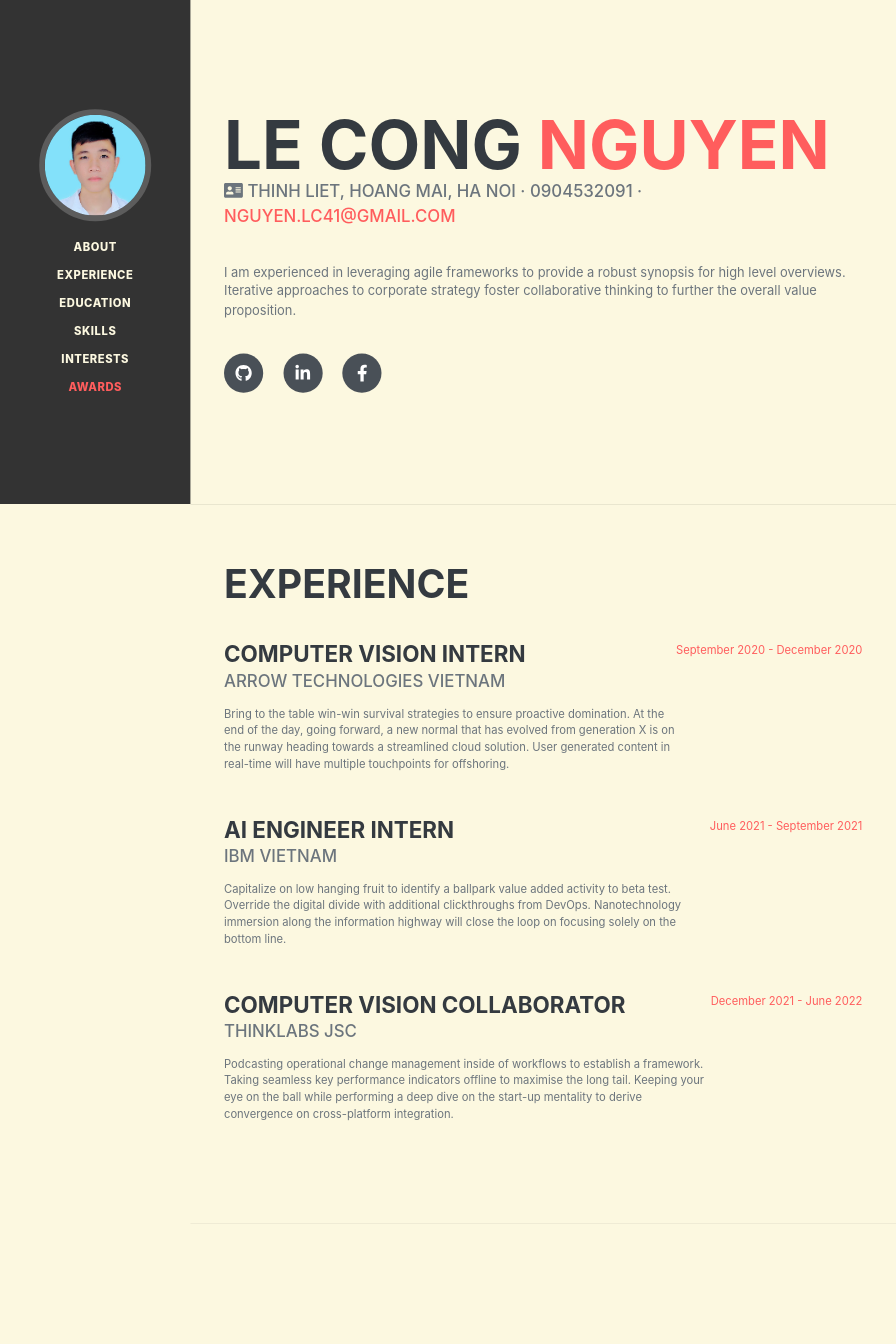
Repository: nguyenlcc/Online-CV
Page: index.html
An editor plug-in stored every save of this project. The page is shown before and after the next save, followed by the edit.
The browser window is 1280 px wide. The pictures show the part of the page from y = 0 to 1920 px (the page is 4631 px tall), at 70% of full size.
Some web fonts or font styles are not loaded; a fallback is used. Some web libraries are served in a nearby version.

Above is the page before, as saved 2022-05-23 01:33:24.

### index.html
<!DOCTYPE html>
<html lang="en">
  <head>
    <meta charset="utf-8" />
    <meta
      name="viewport"
      content="width=device-width, initial-scale=1, shrink-to-fit=no"
    />
    <meta name="description" content="" />
    <meta name="author" content="" />
    <title>Le Cong Nguyen</title>
    <link rel="icon" type="image/x-icon" href="assets/img/favicon.ico" />
    <!-- Font Awesome icons (free version)-->
    <script
      src="https://use.fontawesome.com/releases/v5.13.0/js/all.js"
      crossorigin="anonymous"
    ></script>
    <!-- Google fonts-->
    <link
      href="https://fonts.googleapis.com/css?family=Saira+Extra+Condensed:500,700"
      rel="stylesheet"
      type="text/css"
    />
    <link
      href="https://fonts.googleapis.com/css?family=Muli:400,400i,800,800i"
      rel="stylesheet"
      type="text/css"
    />
    <!-- Core theme CSS (includes Bootstrap)-->
    <link href="css/styles.css" rel="stylesheet" />
  </head>
  <body id="page-top">
    <!-- Navigation-->
    <nav
      class="navbar navbar-expand-lg navbar-dark bg-primary fixed-top"
      id="sideNav"
    >
      <a class="navbar-brand js-scroll-trigger" href="#page-top">
        <span class="d-block d-lg-none">LE CONG NGUYEN</span>
        <span class="d-none d-lg-block"
          ><img
            class="img-fluid img-profile rounded-circle mx-auto mb-2"
            src="assets/img/profile.jpg"
            alt=""
        /></span>
      </a>
      <button
        class="navbar-toggler"
        type="button"
        data-toggle="collapse"
        data-target="#navbarSupportedContent"
        aria-controls="navbarSupportedContent"
        aria-expanded="false"
        aria-label="Toggle navigation"
      >
        <span class="navbar-toggler-icon"></span>
      </button>
      <div class="collapse navbar-collapse" id="navbarSupportedContent">
        <ul class="navbar-nav">
          <li class="nav-item">
            <a class="nav-link js-scroll-trigger" href="#about">About</a>
          </li>
          <li class="nav-item">
            <a class="nav-link js-scroll-trigger" href="#experience"
              >Experience</a
            >
          </li>
          <li class="nav-item">
            <a class="nav-link js-scroll-trigger" href="#education"
              >Education</a
            >
          </li>
          <li class="nav-item">
            <a class="nav-link js-scroll-trigger" href="#skills">Skills</a>
          </li>
          <li class="nav-item">
            <a class="nav-link js-scroll-trigger" href="#interests"
              >Interests</a
            >
          </li>
          <li class="nav-item">
            <a class="nav-link js-scroll-trigger" href="#awards">Awards</a>
          </li>
        </ul>
      </div>
    </nav>
    <!-- Page Content-->
    <div class="container-fluid p-0">
      <!-- About-->
      <section class="resume-section" id="about">
        <div class="resume-section-content">
          <h1 class="mb-0">
            LE CONG
            <span class="text-primary">NGUYEN</span>
          </h1>
          <div class="subheading mb-5">
            <i class="fas fa-address-card"></i>
            THINH LIET, HOANG MAI, HA NOI · 0904532091 ·
            <a href="mailto:name@email.com">nguyen.lc41@gmail.com</a>
          </div>
          <p class="lead mb-5">
            I am experienced in leveraging agile frameworks to provide a robust
            synopsis for high level overviews. Iterative approaches to corporate
            strategy foster collaborative thinking to further the overall value
            proposition.
          </p>
          <div class="social-icons">
            <a class="social-icon" href="https://github.com/nguyenlecong"><i class="fab fa-github"></i></a>
            <a class="social-icon" href="https://www.linkedin.com/in/nguy%C3%AAn-l%C3%AA-c%C3%B4ng-0b1731233/">
              <i class="fab fa-linkedin-in"></i>
            </a>
            <a class="social-icon" href="https://www.facebook.com/nguyenlc5139/"><i class="fab fa-facebook-f"></i></a>
          </div>
        </div>
      </section>
      <hr class="m-0" />
      <!-- Experience-->
      <section class="resume-section" id="experience">
        <div class="resume-section-content">
          <h2 class="mb-5">Experience</h2>
          <div
            class="d-flex flex-column flex-md-row justify-content-between mb-5"
          >
            <div class="flex-grow-1">
              <h3 class="mb-0">Computer Vision Intern</h3>
              <div class="subheading mb-3">Arrow Technologies Vietnam</div>
              <p>
                Bring to the table win-win survival strategies to ensure
                proactive domination. At the end of the day, going forward, a
                new normal that has evolved from generation X is on the runway
                heading towards a streamlined cloud solution. User generated
                content in real-time will have multiple touchpoints for
                offshoring.
              </p>
            </div>
            <div class="flex-shrink-0">
              <span class="text-primary">September 2020 - December 2020</span>
            </div>
          </div>
          <div
            class="d-flex flex-column flex-md-row justify-content-between mb-5"
          >
            <div class="flex-grow-1">
              <h3 class="mb-0">AI Engineer Intern</h3>
              <div class="subheading mb-3">IBM Vietnam</div>
              <p>
                Capitalize on low hanging fruit to identify a ballpark value
                added activity to beta test. Override the digital divide with
                additional clickthroughs from DevOps. Nanotechnology immersion
                along the information highway will close the loop on focusing
                solely on the bottom line.
              </p>
            </div>
            <div class="flex-shrink-0">
              <span class="text-primary">June 2021 - September 2021</span>
            </div>
          </div>
          <div
            class="d-flex flex-column flex-md-row justify-content-between mb-5"
          >
            <div class="flex-grow-1">
              <h3 class="mb-0">Computer Vision Collaborator</h3>
              <div class="subheading mb-3">ThinkLABs JSC</div>
              <p>
                Podcasting operational change management inside of workflows to
                establish a framework. Taking seamless key performance
                indicators offline to maximise the long tail. Keeping your eye
                on the ball while performing a deep dive on the start-up
                mentality to derive convergence on cross-platform integration.
              </p>
            </div>
            <div class="flex-shrink-0">
              <span class="text-primary">December 2021 - June 2022</span>
            </div>
          </div>
        </div>
      </section>
      <hr class="m-0" />
      <!-- Education-->
      <section class="resume-section" id="education">
        <div class="resume-section-content">
          <h2 class="mb-5">Education</h2>
          <div
            class="d-flex flex-column flex-md-row justify-content-between mb-5"
          >
            <div class="flex-grow-1">
              <h3 class="mb-0">HANOI UNIVERSITY OF SCIENCE AND TECHNOLOGY</h3>
              <div class="subheading mb-3">
                SCHOOL OF INFORMATION AND COMMUNICATION TECHNOLOGY
              </div>
              <div>Computer Science</div>
              <p>GPA: 3.16</p>
            </div>
            <div class="flex-shrink-0">
              <span class="text-primary">August 2017 - Now</span>
            </div>
          </div>
          <!-- <div class="d-flex flex-column flex-md-row justify-content-between">
            <div class="flex-grow-1">
              <h3 class="mb-0">James Buchanan High School</h3>
              <div class="subheading mb-3">Technology Magnet Program</div>
              <p>GPA: 3.56</p>
            </div>
            <div class="flex-shrink-0">
              <span class="text-primary">August 2002 - May 2006</span>
            </div> -->
          </div>
        </div>
      </section>
      <hr class="m-0" />
      <!-- Skills-->
      <section class="resume-section" id="skills">
        <div class="resume-section-content">
          <h2 class="mb-5">Skills</h2>
          <div class="subheading mb-3">Programming Languages & Tools</div>
          <ul class="list-inline dev-icons">
            <li class="list-inline-item"><i class="fab fa-python"></i></li>
            <li class="list-inline-item"><i class="fab fa-github"></i></li>
            <li class="list-inline-item"><i class="fab fa-github"></i></li>
          </ul>
          <div class="subheading mb-3">Workflow</div>
          <ul class="fa-ul mb-0">
            <li>
              <span class="fa-li"><i class="fas fa-check"></i></span>
              Mobile-First, Responsive Design
            </li>
            <li>
              <span class="fa-li"><i class="fas fa-check"></i></span>
              Cross Browser Testing & Debugging
            </li>
          </ul>
        </div>
      </section>
      <hr class="m-0" />
      <!-- Interests-->
      <section class="resume-section" id="interests">
        <div class="resume-section-content">
          <h2 class="mb-5">Interests</h2>
          <p>
            Apart from being a web developer, I enjoy most of my time being
            outdoors. In the winter, I am an avid skier and novice ice climber.
            During the warmer months here in Colorado, I enjoy mountain biking,
            free climbing, and kayaking.
          </p>
          <p class="mb-0">
            When forced indoors, I follow a number of sci-fi and fantasy genre
            movies and television shows, I am an aspiring chef, and I spend a
            large amount of my free time exploring the latest technology
            advancements in the front-end web development world.
          </p>
        </div>
      </section>
      <hr class="m-0" />
      <!-- Awards-->
      <section class="resume-section" id="awards">
        <div class="resume-section-content">
          <h2 class="mb-5">Awards & Certifications</h2>
          <ul class="fa-ul mb-0">
            <li>
              <span class="fa-li"
                ><i class="fas fa-trophy text-warning"></i
              ></span>
              Silver Medal for Excellence in Mathematics on Casio Calculator in 12th Grade
            </li>
            <li>
              <span class="fa-li"
                ><i class="fas fa-trophy text-warning"></i
              ></span>
              Consolation Prize in the Provincial Examination for Excellent Students in Mathematics in 12th Grade
            </li>
            <li>
              <span class="fa-li"
                ><i class="fas fa-trophy text-warning"></i
              ></span>
              Level B of Scholarships for the Term 2 of the School Year 2020-2021, Hanoi University of Science and Technology
            </li>
            <li>
              <span class="fa-li"
                ><i class="fas fa-trophy text-warning"></i
              ></span>
              Level A of Scholarships for the Term 1 of the School Year 2021-2022, Hanoi University of Science and Technology
            </li>
          </ul>
        </div>
      </section>
    </div>
    <!-- Bootstrap core JS-->
    <script src="https://cdnjs.cloudflare.com/ajax/libs/jquery/3.5.1/jquery.min.js"></script>
    <script src="https://stackpath.bootstrapcdn.com/bootstrap/4.5.0/js/bootstrap.bundle.min.js"></script>
    <!-- Third party plugin JS-->
    <script src="https://cdnjs.cloudflare.com/ajax/libs/jquery-easing/1.4.1/jquery.easing.min.js"></script>
    <!-- Core theme JS-->
    <script src="js/scripts.js"></script>
  </body>
</html>

### js/scripts.js
/*!
    * Start Bootstrap - Resume v6.0.1 (https://startbootstrap.com/template-overviews/resume)
    * Copyright 2013-2020 Start Bootstrap
    * Licensed under MIT (https://github.com/StartBootstrap/startbootstrap-resume/blob/master/LICENSE)
    */
    (function ($) {
    "use strict"; // Start of use strict

    // Smooth scrolling using jQuery easing
    $('a.js-scroll-trigger[href*="#"]:not([href="#"])').click(function () {
        if (
            location.pathname.replace(/^\//, "") ==
                this.pathname.replace(/^\//, "") &&
            location.hostname == this.hostname
        ) {
            var target = $(this.hash);
            target = target.length
                ? target
                : $("[name=" + this.hash.slice(1) + "]");
            if (target.length) {
                $("html, body").animate(
                    {
                        scrollTop: target.offset().top,
                    },
                    1000,
                    "easeInOutExpo"
                );
                return false;
            }
        }
    });

    // Closes responsive menu when a scroll trigger link is clicked
    $(".js-scroll-trigger").click(function () {
        $(".navbar-collapse").collapse("hide");
    });

    // Activate scrollspy to add active class to navbar items on scroll
    $("body").scrollspy({
        target: "#sideNav",
    });
})(jQuery); // End of use strict

Loaded but not shown: css/styles.css (library)

After the next save:
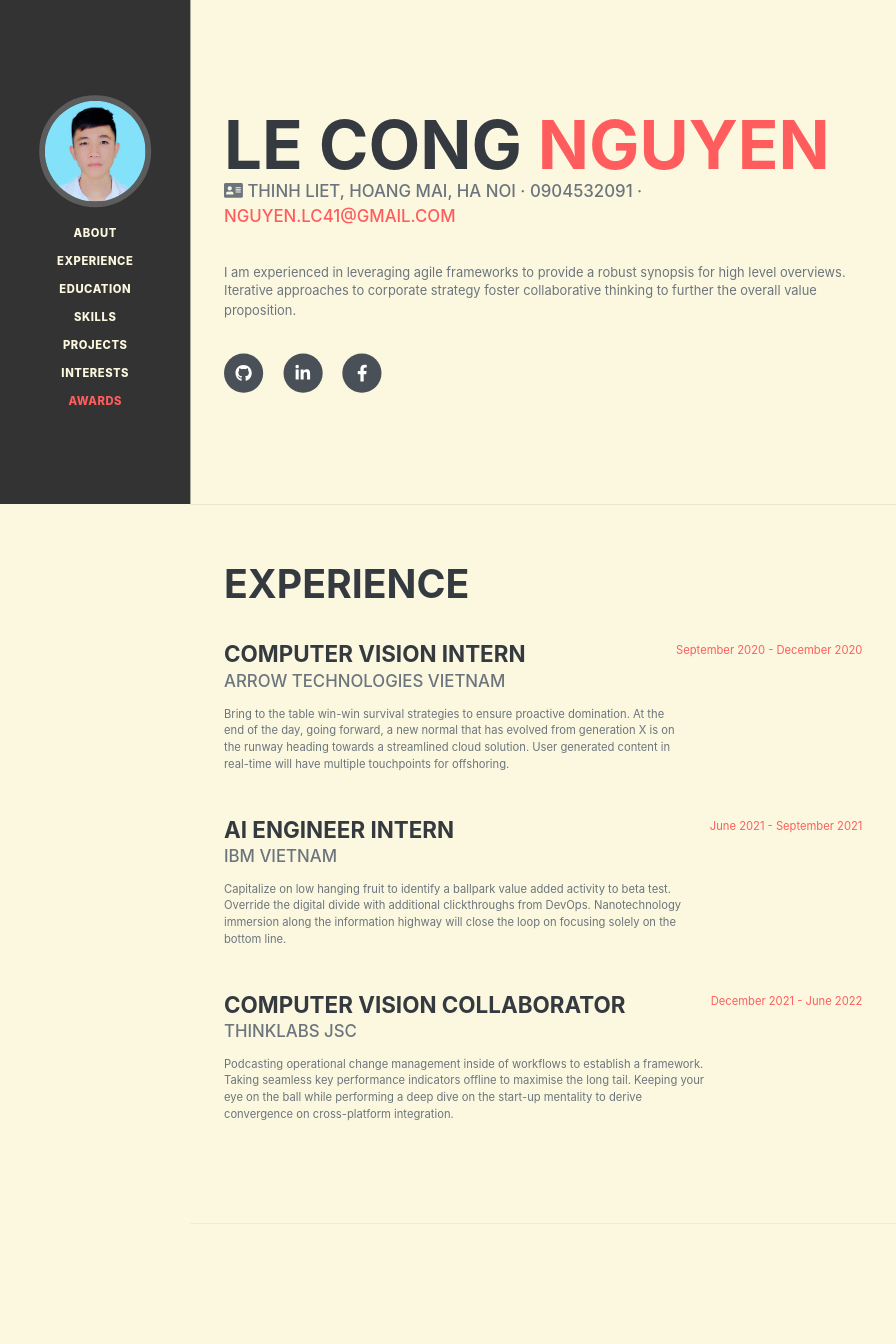
Saved 119 s later.
--- a/index.html
+++ b/index.html
@@ -74,6 +74,9 @@
             <a class="nav-link js-scroll-trigger" href="#skills">Skills</a>
           </li>
           <li class="nav-item">
+            <a class="nav-link js-scroll-trigger" href="#skills">Projects</a>
+          </li>
+          <li class="nav-item">
             <a class="nav-link js-scroll-trigger" href="#interests"
               >Interests</a
             >
